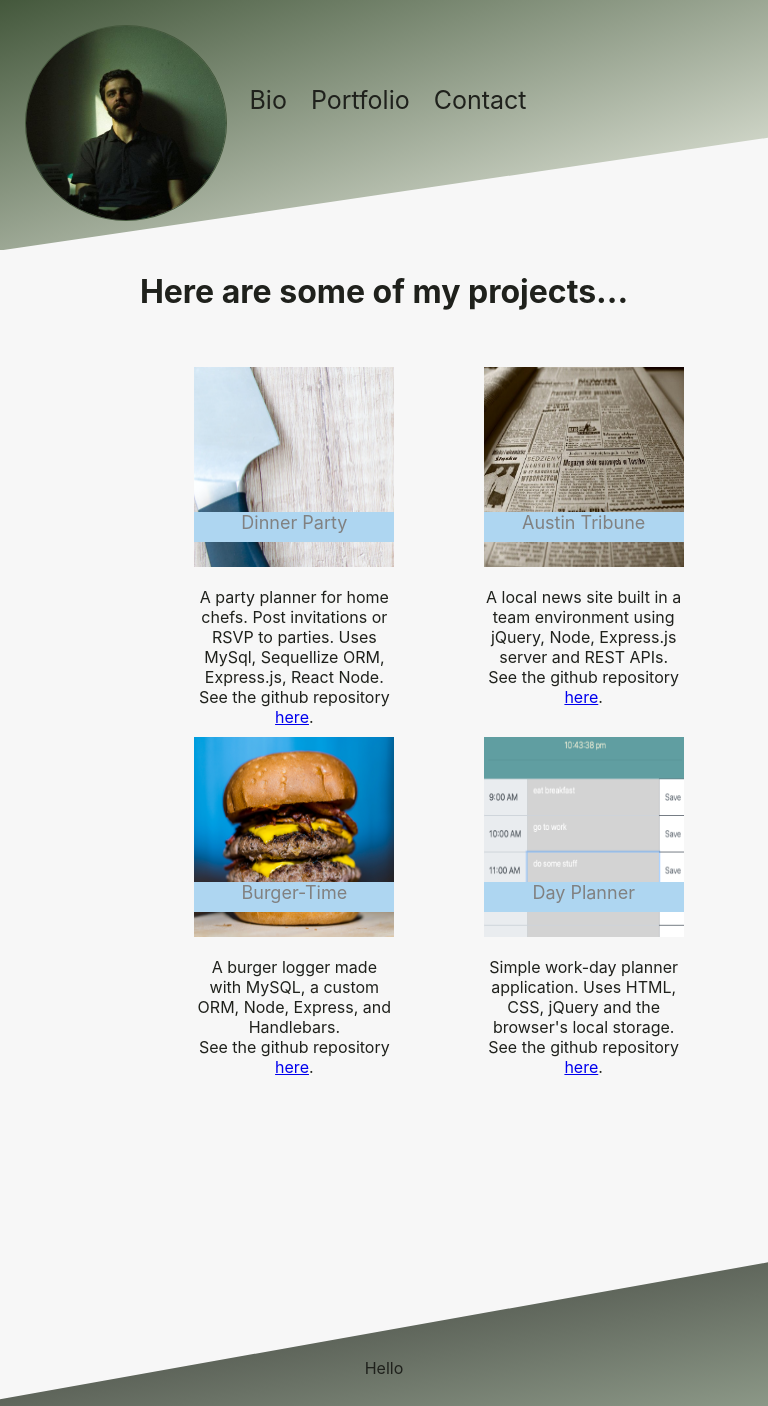
Repository: joeldelatte/react-portfolio
Page: /portfolio (app in client/)
An editor plug-in stored every save of this project. The page is shown before and after the next save, followed by the edit.
The browser window is 768 px wide. The pictures show the whole page.
The project was rebuilt for these pictures with package versions that can differ from the ones it lists, and the page was loaded fresh each time. Also part of the build but not shown: client/src/App.css, client/src/Components/Bio/Bio.js, client/src/Components/Contact/Contact.js.

Above is the page before, as saved 2020-07-12 14:54:23.

After the next save:
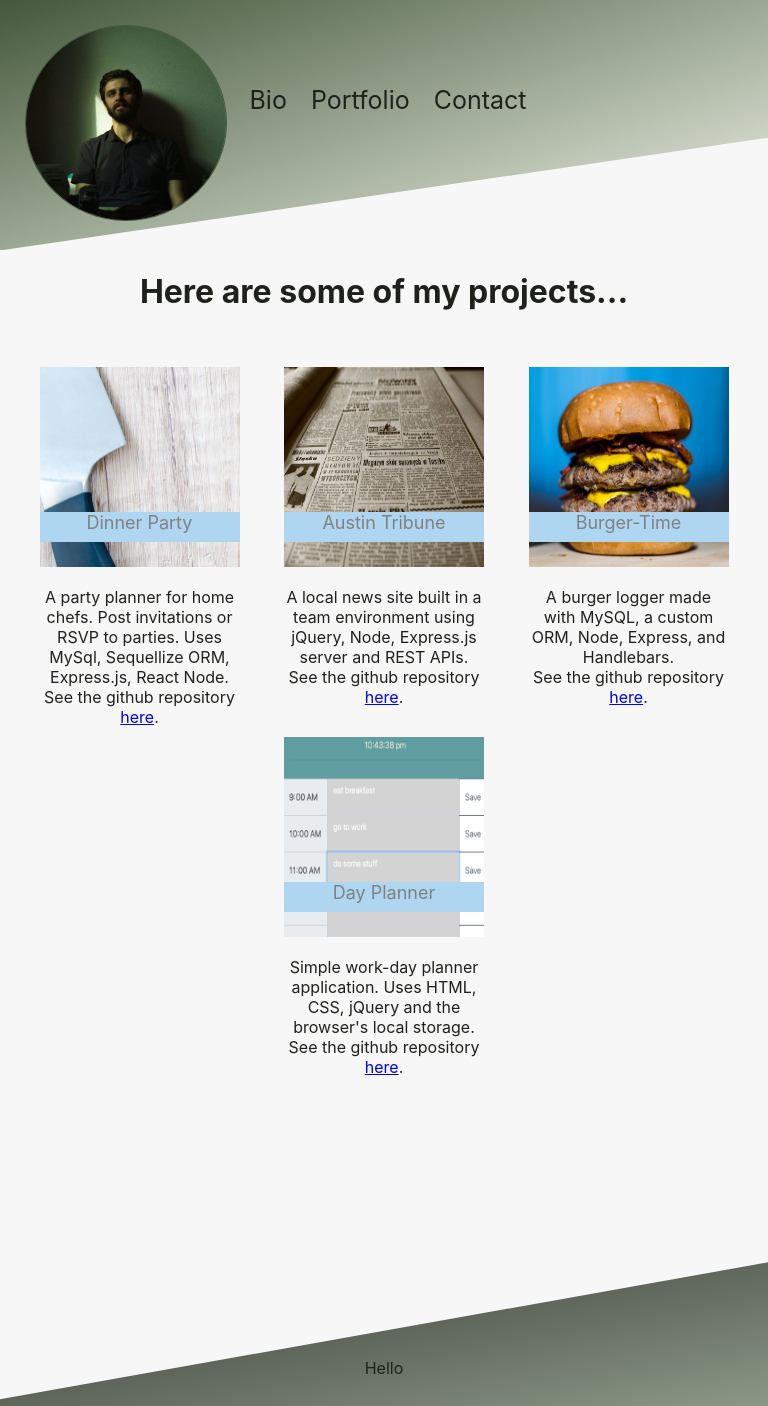
Saved 11 s later.
--- a/client/src/Components/Portfolio/portfolio.css
+++ b/client/src/Components/Portfolio/portfolio.css
@@ -65,9 +65,9 @@ footer {
 }
 
 @media only screen and (max-width: 990px) {
-    .portfolio {
+    /* .portfolio {
         margin-left: 110px;
-    }
+    } */
 
     .projectBox {
         width: 200px;
